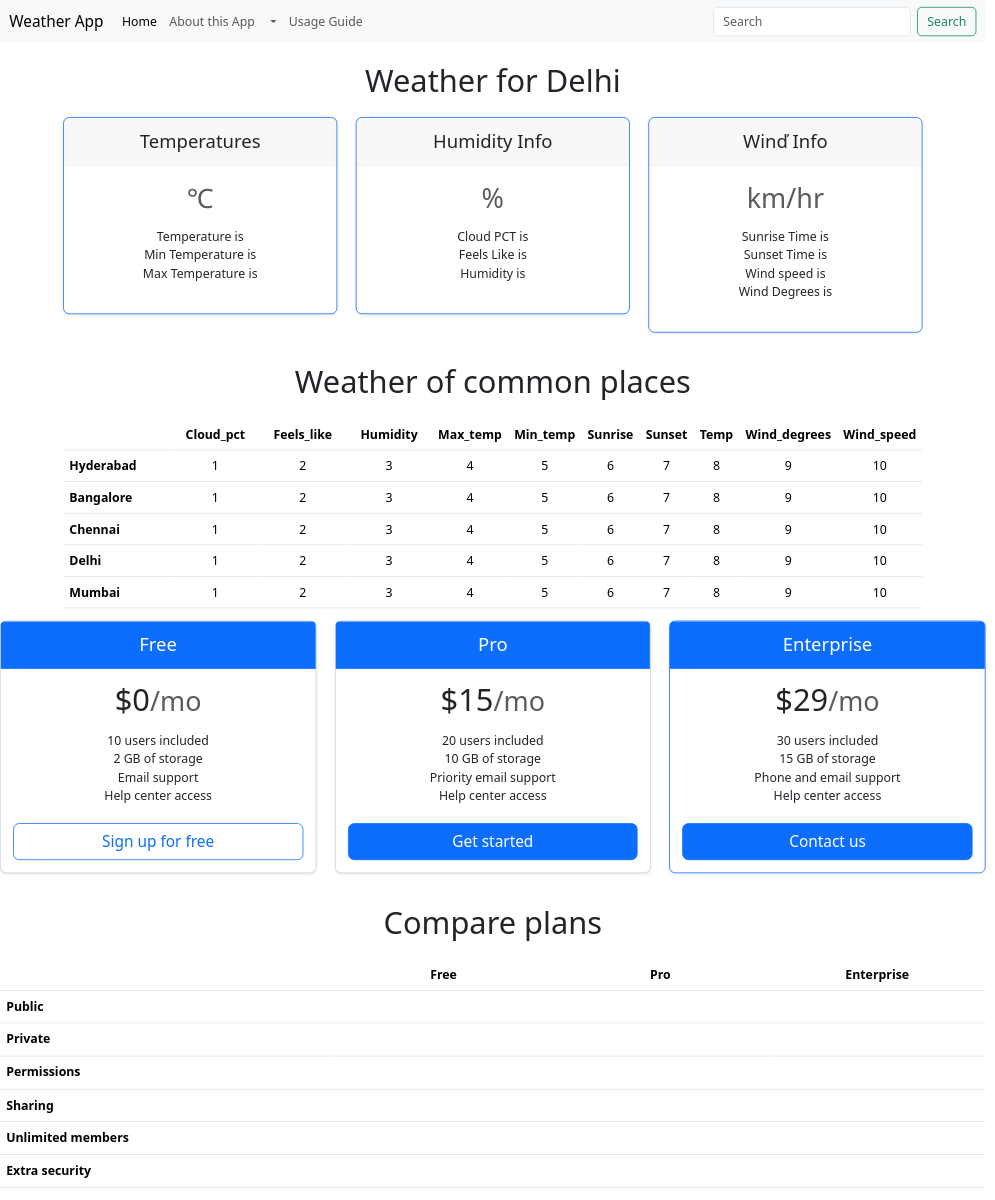
Repository: Abhilash2909/weather
Page: index.html
An editor plug-in stored every save of this project. The page is shown before and after the next save, followed by the edit.
The browser window is 1280 px wide. The page is 1292 px wide, so the pictures cover 1292 px, including what lies to the right of the window. The pictures show the whole page, at 77% of full size.
The page's requests for data from a server got no answer.

Above is the page before, as saved 2024-02-11 17:04:37.

After the next save:
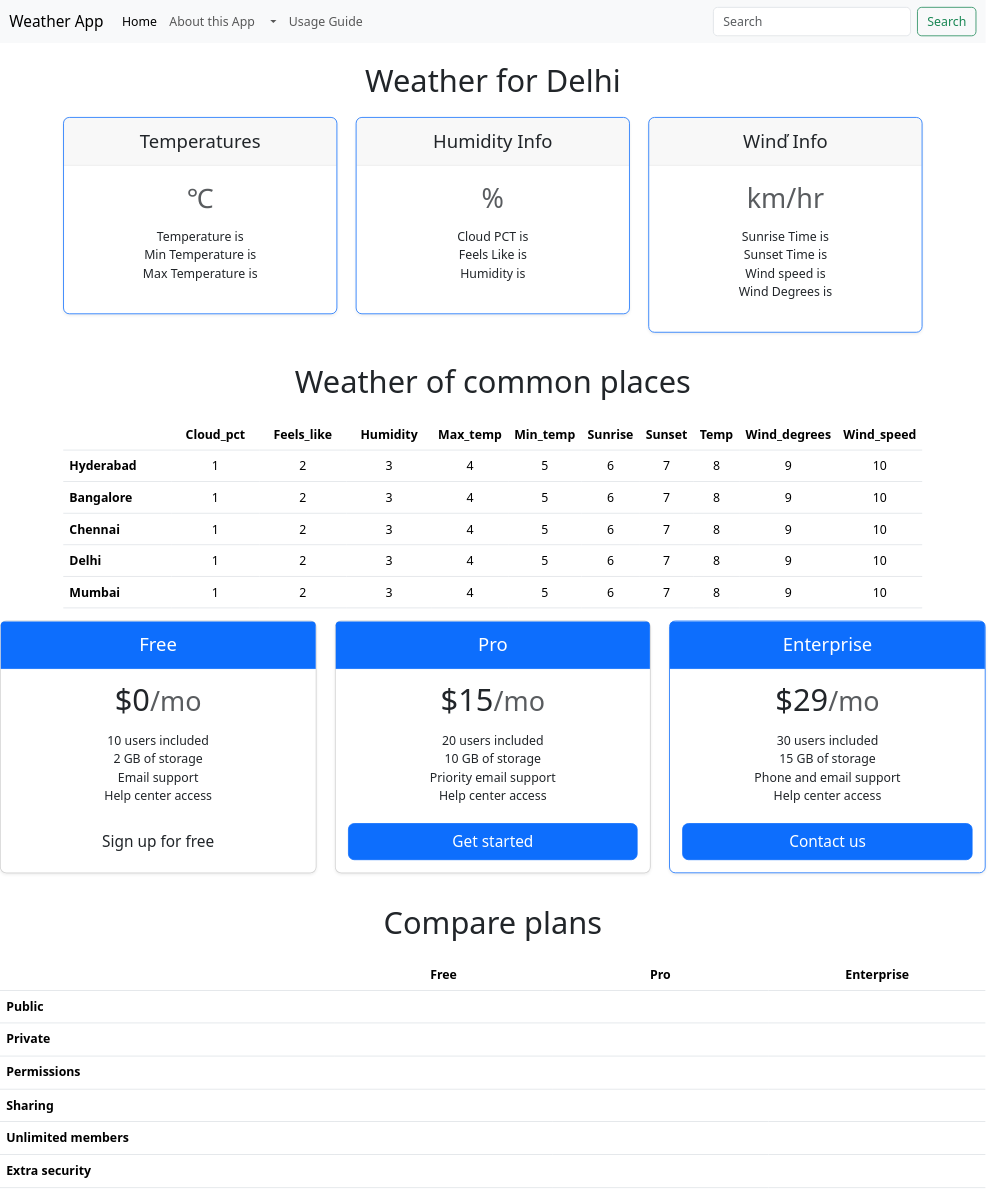
Saved 16 s later.
--- a/index.html
+++ b/index.html
@@ -211,7 +211,7 @@
             <li>Email support</li>
             <li>Help center access</li>
           </ul>
-          <button type="button" class="w-100 btn btn-lg btn-outline-primary">Sign up for free</button>
+          <button type="button" class="w-100 btn btn-lg btnprimary">Sign up for free</button>
         </div>
       </div>
     </div>
